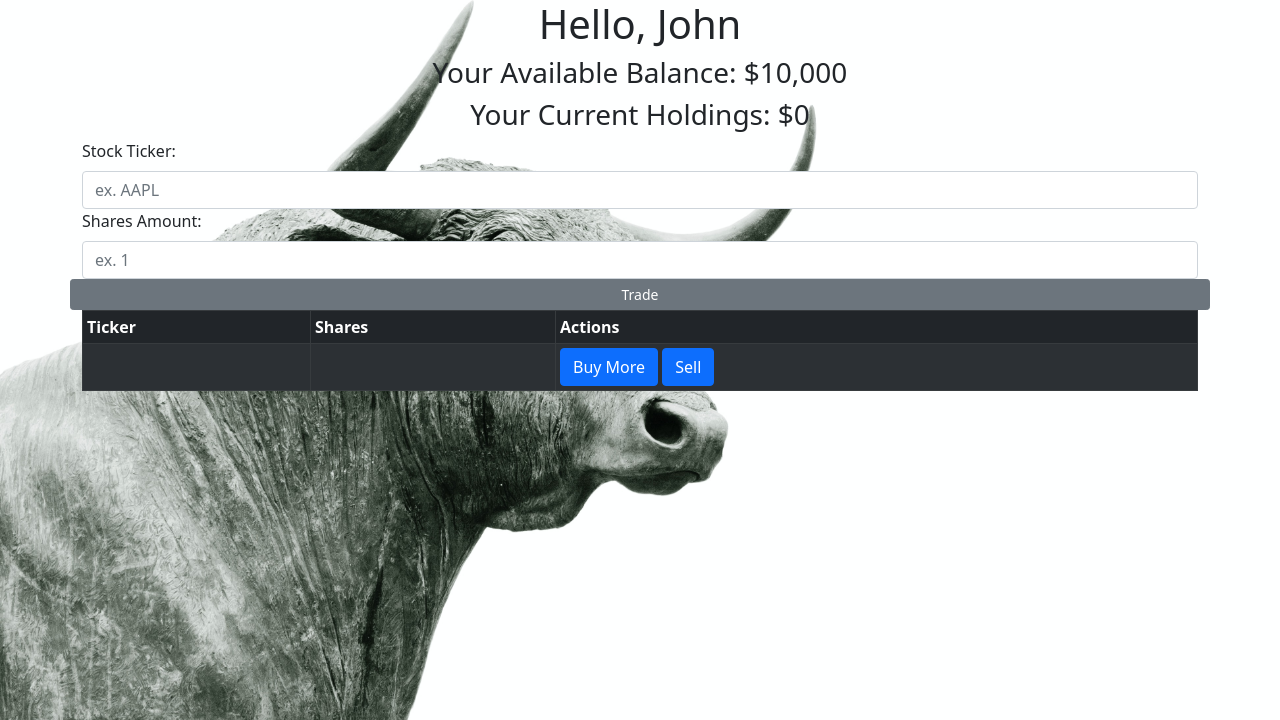
Repository: jmokate/stock-trading-app
Page: /
An editor plug-in stored every save of this project. The page is shown before and after the next save, followed by the edit.
The browser window is 1280 px wide. The pictures show the whole page.
The project was rebuilt for these pictures with package versions that can differ from the ones it lists, and the page was loaded fresh each time. Also part of the build but not shown: src/Signup.js, src/Login.js, src/SplashPage.js.

Above is the page before, as saved 2021-09-18 21:02:54.

After the next save:
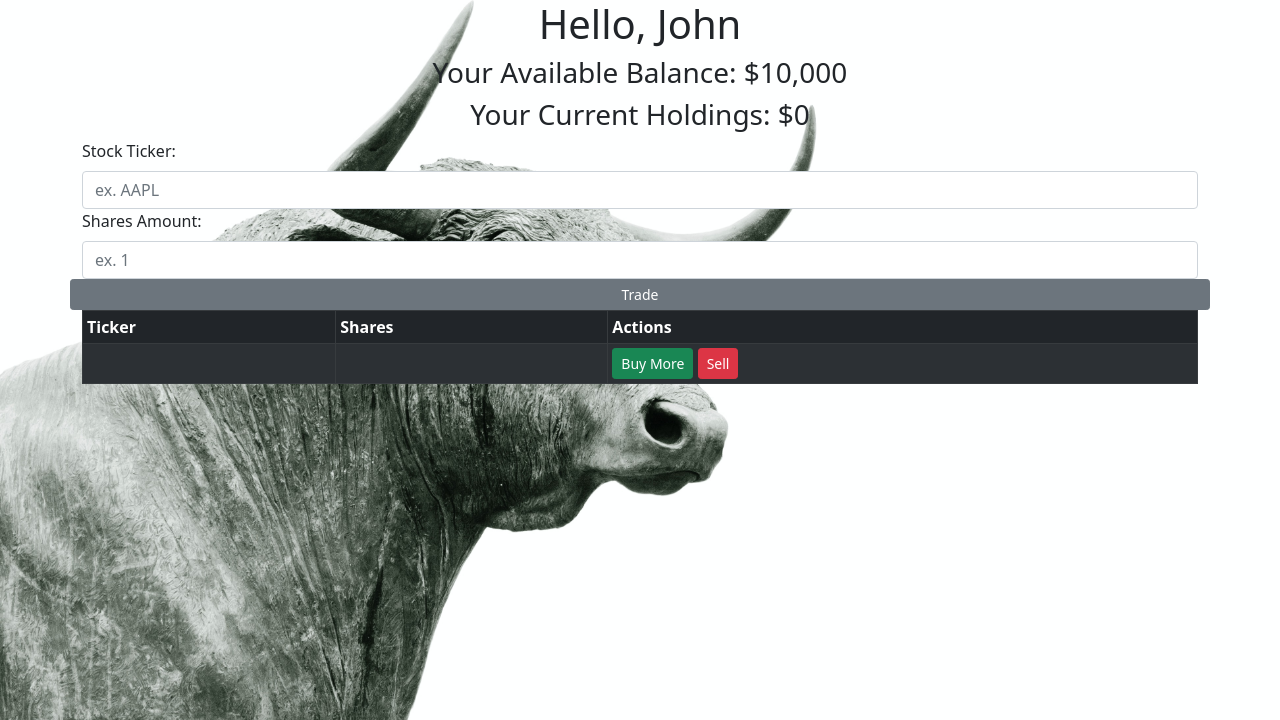
Saved 52 s later.
--- a/src/Dashboard.js
+++ b/src/Dashboard.js
@@ -57,7 +57,7 @@
         <tr>
         <td>{stocks}</td>
         <td>{stockAmount}</td>
-        <td><Button>Buy More</Button> <Button>Sell</Button></td>
+        <td><Button variant="success" size="sm">Buy More</Button> <Button variant="danger" size="sm" size="sm">Sell</Button></td>
         </tr>
       </tbody>
     </Table>
